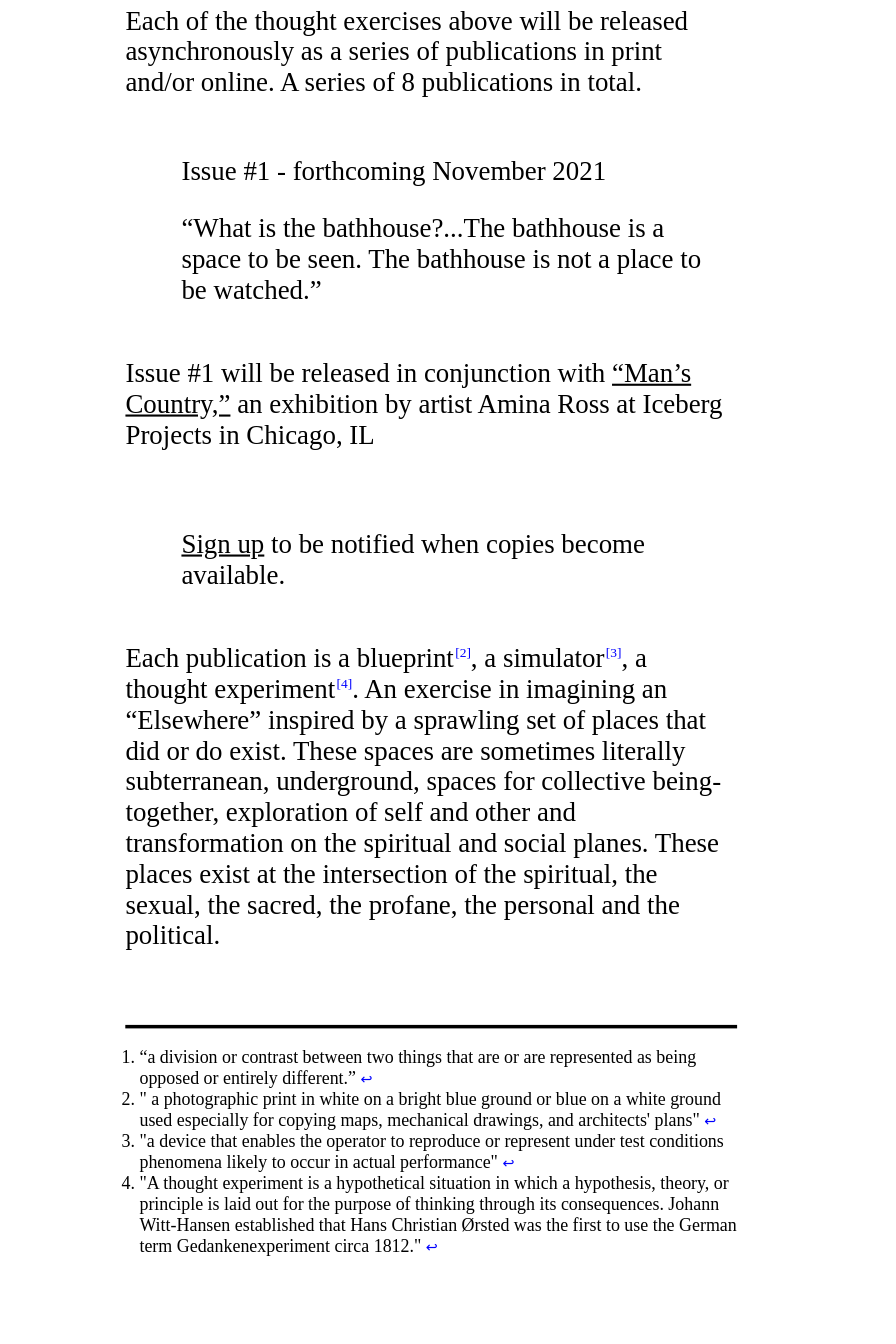
Repository: ayoungblood2/bathhouse.online
Page: index.html
These files come from the project's save history. The page is drawn as it stood at one moment and after the next save; the edit follows.
The browser window is 1280 px wide. The pictures show the part of the page from y = 3433 to 5353 px (the page is 5353 px tall before and 5296 px after), at 70% of full size.
An inner scrolling area shows only its first screen. Backgrounds fixed to the window are drawn as part of the page. Some web fonts or font styles are not loaded; a fallback is used.

Above is the page before, as saved 2021-10-16 18:06:58.
Not found: js/layout_main.js
Not found: js/three_main.js
Not found: style.css

### index.html
<!DOCTYPE html>
<html>

<head>
    <meta charset="UTF-8">
    <meta name="viewport" content="width=device-width, initial-scale=1.0, maximum-scale=1.0, user-scalable=no" />
    <title>bathhouse.online</title>
    <link rel="apple-touch-icon" sizes="180x180" href="/apple-touch-icon.png">
    <link rel="icon" type="image/png" sizes="32x32" href="/favicon-32x32.png">
    <link rel="icon" type="image/png" sizes="16x16" href="/favicon-16x16.png">
    <link rel="manifest" href="/site.webmanifest">
    <link rel="stylesheet" href="style.css">
    <script src="http://code.jquery.com/jquery-1.12.0.min.js"></script>
    <link rel='dns-prefetch' href='//ajax.googleapis.com' />
    <meta name="keywords" content="Amina Ross, Avery Youngblood">
    <meta name="author" content="Avery Youngblood">
    <script type="text/javascript" src="./js/layout_main.js"></script>
    <script type="text/javascript" src="./js/three_main.js"></script>

    <style>
        @font-face {
            font-family: Avenir Next Heavy;
            src: url(fonts/AvenirNext.ttc);
        }

        body,
        html {
            height: 100%;
            width: 100%;
            margin: 0;
            overflow-x: hidden;
        }

        *,
        *:before,
        *:after {
            box-sizing: inherit;
        }

        .bg {

            /* background-image: url('images/20211010224425098.gif'); */


            /* Full height */
            height: 100%;

            /* Center and scale the image nicely */
            background-position: center;
            background-repeat: no-repeat;
            background-size: cover;
            position: relative;
            top: 0;
            left: 0;

            /* padding: 100px; */

            font-family: "Avenir Next Heavy";

        }




        .txt {
            position: absolute;
            top: 60px;
            left: 80px;
            font-family: "Avenir Next Heavy";
        }

        h1 {
            font-size: 10vw;
            text-align: center;
        }

        p {
            font-size: 3vw;
        }

        .parallax {
            /* The image used */
            background-image: url('images/20211010224425098.gif');

            /* Full height */
            height: 100%;

            /* Create the parallax scrolling effect */
            background-attachment: fixed;
            background-position: center;
            background-repeat: no-repeat;
            background-size: cover;
        }

        .container {
            padding: 10px;
            width: 2em;
        }

        .item {
            width: 50%;
            width: fit-content;
            padding: 5px;
            margin-bottom: 1em;
        }


        @media only screen and (max-width:900px) {
            h1 {
                font-size: 8vw;
                font-family: "Avenir Next Heavy";

            }

            .bg {
                padding: 0px;
                font-family: "Avenir Next Heavy";

            }

            p {
                font-size: 6vw;
                font-family: "Avenir Next Heavy";

            }
        }

        .top {
            padding: 1em;
            /* display: grid; */
            /* grid-gap: 3em; */
            grid-template-columns: repeat(1, 250px);
        }

        .quote {
            padding: 1em;
            /* border-radius: .3em; */
            /* box-shadow: 10px 10px 30px rgba(0, 0, 0, 0.1); */
        }

        p {
            margin-top: 0;
            margin-right: 20px;
            font-size: 3vw;
        }

        span {
            font-weight: bold;
            position: relative;
            margin-left: 20px;
        }

        :before {
            content: '';
            position: fixed;
            height: 1px;
            width: 20px;
            /* border-bottom: 1px solid black; */
            top: 20px;
        }




        @media(min-width:950px) {
            .top {
                grid-template-columns: repeat(2, 250fr);
            }
        }

        .tab {
            margin-left: 80px;
        }



        footer {
            margin-top: 50px;
            border-top: 5px solid black;
            font-size: 2vw;
        }

        footer ol {
            padding-left: 20px;
        }

        /**
 * Initialiazing a `footnotes` counter on the wrapper
 */
        article {
            counter-reset: footnotes;
        }

        /**
 * Inline footnotes references
 * 1. Increment the counter at each new reference
 * 2. Reset link styles to make it appear like regular text
 */
        [aria-describedby="footnote-label"] {
            counter-increment: footnotes;
            /* 1 */
            text-decoration: none;
            /* 2 */
            color: inherit;
            /* 2 */
            cursor: default;
            /* 2 */
            outline: none;
            /* 2 */
        }

        /**
 * Actual numbered references
 * 1. Display the current state of the counter (e.g. `[1]`)
 * 2. Align text as superscript
 * 3. Make the number smaller (since it's superscript)
 * 4. Slightly offset the number from the text
 * 5. Reset link styles on the number to show it's usable
 */
        [aria-describedby="footnote-label"]::after {
            content: '['counter(footnotes)']';
            /* 1 */
            vertical-align: super;
            /* 2 */
            font-size: 0.5em;
            /* 3 */
            margin-left: 2px;
            /* 4 */
            color: blue;
            /* 5 */
            /* text-decoration: underline; */
            /* 5 */
            cursor: pointer;
            /* 5 */
        }

        /**
 * Resetting the default focused styles on the number
 */
        [aria-describedby="footnote-label"]:focus::after {
            outline: thin dotted;
            outline-offset: 2px;
        }

        [aria-label="Back to content"] {
            font-size: 0.8em;
        }

        /**
 * Highlight target note
 */
        footer :target {
            background: yellow;
            padding: 1.5%;
            background-clip: border-box;
        }

        /**
 * Visually hidden yet accessible content
 */
        .visually-hidden {
            position: absolute;
            clip: rect(0 0 0 0);
            visibility: hidden;
            opacity: 0;
        }
    </style>

<body>


    <div class="parallax"></div>

    <div class="bg"></div>

    <div class="txt" style="padding-right: 10%;">

        <h1>bathhouse.online</h1>



        <div class="top">
            <div class="quote" style="padding: 8%;">
                <article>
                    <p style="font-size: 5vw;">

                        The bathhouse is safe. <br>The bathhouse is not secure.<br><br>
                        The bathhouse is a space to be seen. <br>The bathhouse is not a place to be watched.<br><br>
                        The bathhouse is sensual. <br>The bathhouse is not unspiritual.<br><br>
                        The bathhouse is a space for meaningful work. <br>The bathhouse is not a workplace.<br><br>
                        The bathhouse is a technology. <br>The bathhouse is not a machine.<br><br>
                        The bathhouse is immersive. <br>The bathhouse is not without a body.<br><br>
                        The bathhouse is sweating. <br>The bathhouse is not drained.<br><br>
                        The bathhouse is gone. <br>The bathhouse is not over.<br>
                    </p>

                    <br>

                    <p>
                        “The Bathhouse” is a yet-to-exist space, generated through a set of (false) <a href="#footnotes" aria-describedby="footnote-label"
                                id="footnotes-ref">dichotomies</a></span>,
                        core questions, reflections and exercises. The characteristics of The Bathhouse are drawn from
                        the
                        "Queer/Bath/House Research Project" - A research project conceived of by <a
                            style="color: black; " href=aminaross.com>Amina
                            Ross</a>, carried forward with artist and summer research assistant <a
                            style="color: black; "
                            href=https://nguyenbao.myportfolio.com>
                            Bao Nguyen</a>. "Queer/Bath/House Research Project" took place during the
                        height of the covid-19 pandemic in the summer of 2020.

                    </p>
                    <br> <br>
                    <p>
                        The Bathhouse is the Continental Baths in New York, the troglodytic town of Pantalica in Greece,
                        the
                        Schokofabrik in Berlin, Pedra de Xangô in Bahia, Man's Country in Chicago, the stepwell of Chand
                        Baori in Rajasthan, the mycorrhizal network beneath a forest.


                    </p>
                    <br> <br>
                    <p>
                        Each of the thought exercises above will be released asynchronously as a series of publications
                        in
                        print and/or online. A series of 8 publications in total.<br><br>
                    <p class="tab">Issue #1 - forthcoming November 2021</p>
                    <p class="tab">“What is the bathhouse?...The bathhouse is a space to be seen. The bathhouse is not a
                        place to be
                        watched.”</p>
                    </p>
                    <br> <br>
                    <p>
                        Issue #1 will be released in conjunction with <a
                            style="color: black;" href=https://icebergchicago.com>“Man’s
                            Country,”</a> an exhibition by artist Amina Ross at Iceberg Projects in Chicago, IL
                    </p>
                    <br> <br>
                    <p>

                    <p class="tab"><a style="color: black;"
                            href=https://forms.gle/NMAofWzGxNe4W74i9>Sign up</a> to be notified when copies become
                        available.</p>

                    </p>
                    <br> <br>
                    <p>
                        Each publication is a <a href="#css" aria-describedby="footnote-label"
                            id="css-ref">blueprint</a></span>, a <a href="#css-counters"
                            aria-describedby="footnote-label" id="css-counters-ref">simulator</a></span>, a thought <a
                            href="#css-counters-2" aria-describedby="footnote-label"
                            id="css-counters-ref-2">experiment</a></span>. An exercise in imagining an
                        “Elsewhere” inspired by a sprawling set of places that did or do exist. These spaces are
                        sometimes
                        literally subterranean, underground, spaces for collective being-together, exploration of self
                        and
                        other and transformation on the spiritual and social planes. These places exist at the
                        intersection
                        of the spiritual, the sexual, the sacred, the profane, the personal and the political.

                    </p>
                    <br>

                </article>

                <footer>

                    <ol>
                        <li id="footnotes"><a style="text-decoration: none; color: black;"
                                href=https://www.lexico.com/en/definition/dichotomy>“a division or contrast between two
                                things that
                                are or are represented as
                                being opposed or entirely different.”</a>

                            <a href="#footnotes-ref" aria-label="Back to content"
                                style="color: blue; text-decoration: none;">↩</a>

                        </li>

                        <li id="css"><a style="text-decoration: none; color: black;"
                                href=https://www.merriam-webster.com/dictionary/blueprint#:~:text=Blueprint%20%7C%20Definition%20of%20Blueprint%20by%20Merriam%2DWebster>"
                                a photographic print in white on a bright blue ground or blue on a white ground
                                used especially for copying maps, mechanical drawings, and architects' plans"</a>

                            <a href="#css-ref" aria-label="Back to content"
                                style="color: blue; text-decoration: none;">↩</a>

                        </li>

                        <li id="css-counters"><a style="text-decoration: none; color: black;"
                                href=https://www.merriam-webster.com/dictionary/simulator>"a device that enables the
                                operator to reproduce or represent under test
                                conditions phenomena likely to occur in actual performance"</a>

                            <a href="#css-counters-ref" aria-label="Back to content"
                                style="color: blue; text-decoration: none;">↩</a>

                        </li>

                        <li id="css-counters-2"><a style="text-decoration: none; color: black;"
                                href=https://en.wikipedia.org/wiki/Thought_experiment>"A thought experiment is a
                                hypothetical situation in which a hypothesis, theory, or principle is laid out for the
                                purpose of thinking through its consequences. Johann Witt-Hansen established that Hans
                                Christian Ørsted was the first to use the German term Gedankenexperiment circa
                                1812."</a>

                            <a href="#css-counters-ref-2" aria-label="Back to content"
                                style="color: blue; text-decoration: none;">↩</a>

                        </li>

                    </ol>
                </footer>


            </div>


        </div>

    </div>


</body>

<script>
    $(function () {
        var previousScroll = 0;
        $(window).scroll(function (event) {
            var scroll = $(this).scrollTop();
            var heading = $('.parallax');

            if (scroll > 600) {
                console.log('scrolling down');
                heading.fadeIn("slow", function () {
                    heading.css('opacity', '0.4');
                });
            } else {
                heading.fadeIn("slow", function () {
                    heading.css('opacity', '1');
                });
            }
            previousScroll = scroll;
        });
    })
</script>
</head>

</html>

After the next save:
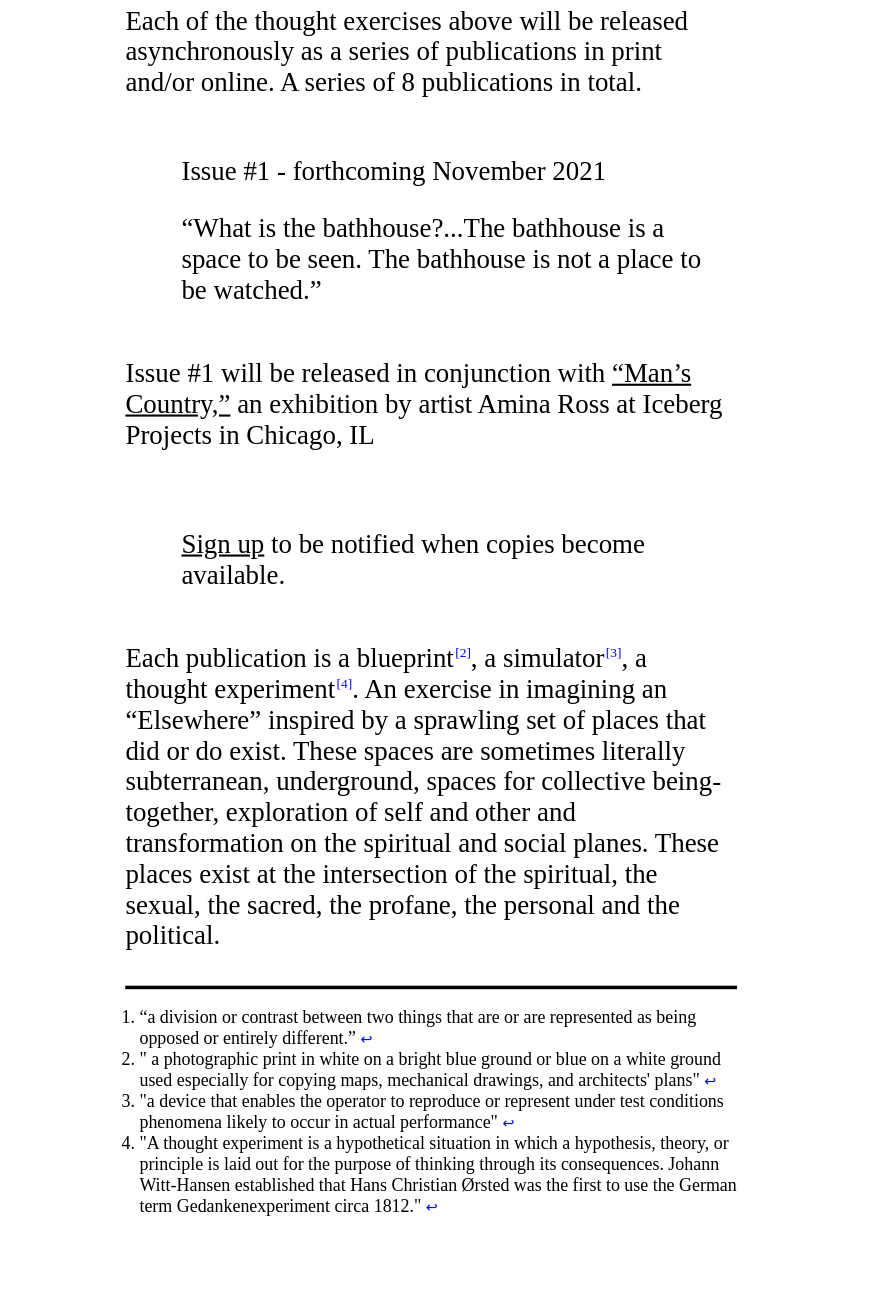
Saved 6 s later.
--- a/index.html
+++ b/index.html
@@ -359,7 +359,7 @@
                         of the spiritual, the sexual, the sacred, the profane, the personal and the political.
 
                     </p>
-                    <br>
+
 
                 </article>
 

After the save that followed:
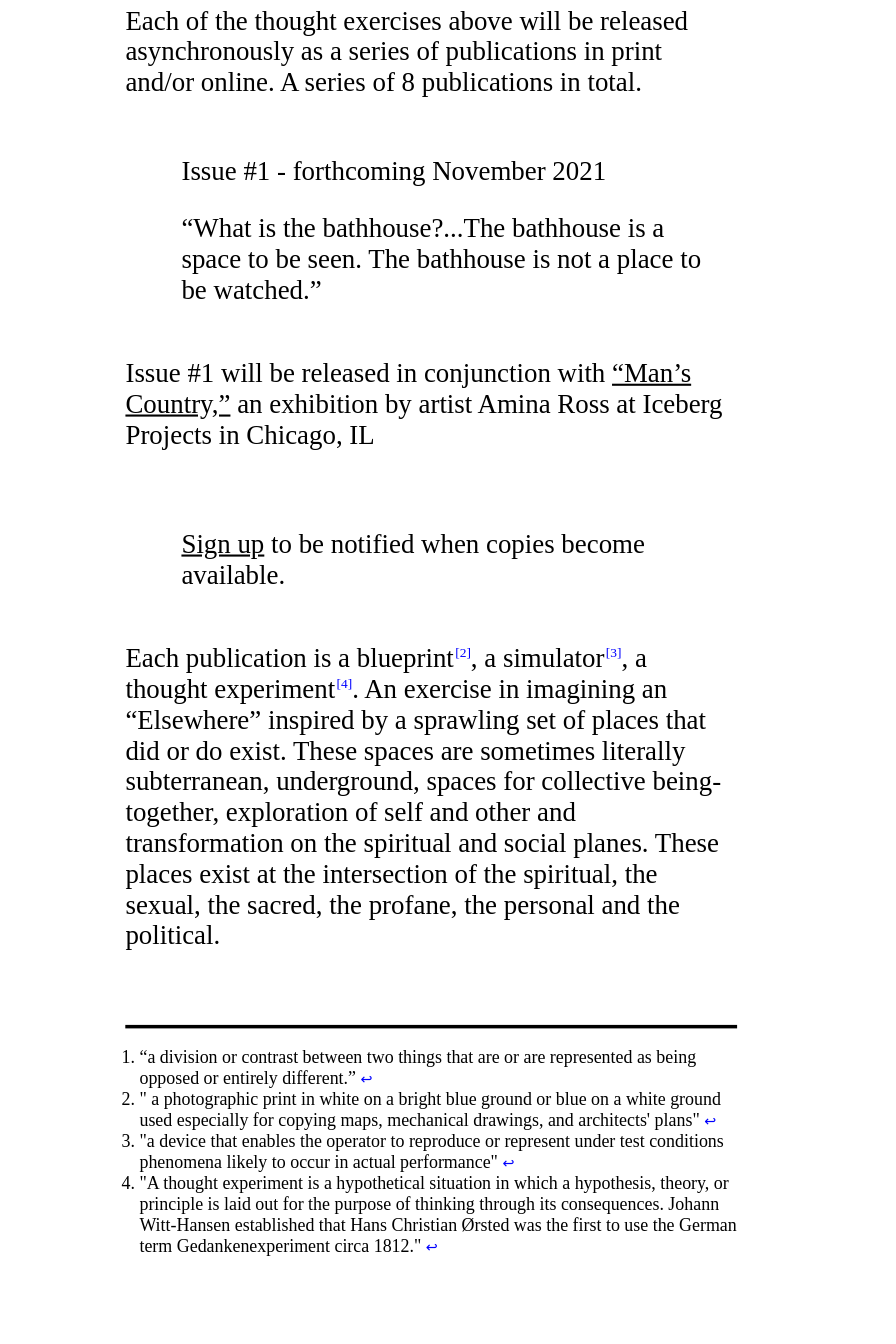
Saved 6 s later.
--- a/index.html
+++ b/index.html
@@ -359,7 +359,7 @@
                         of the spiritual, the sexual, the sacred, the profane, the personal and the political.
 
                     </p>
-
+                    <br>
 
                 </article>
 
